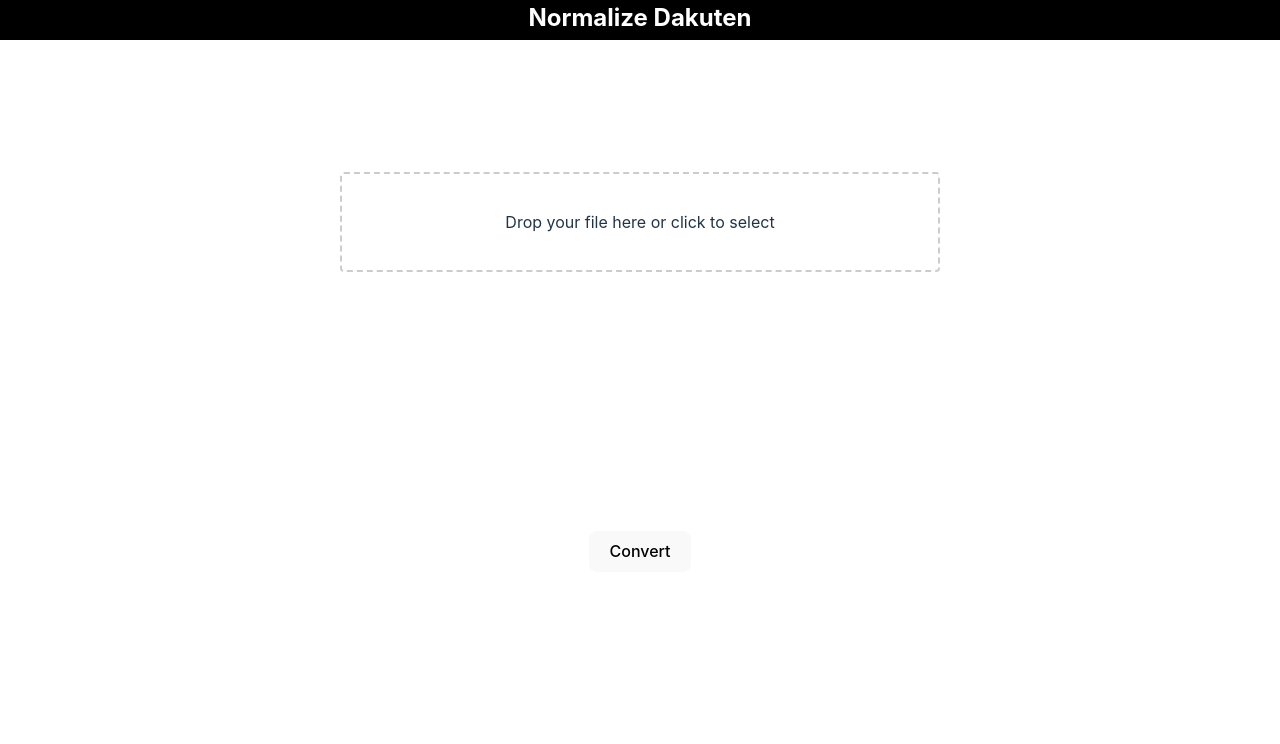
Repository: CatHandsService/normalize_dakuten
Page: / (app in front/)
An editor plug-in stored every save of this project. The page is shown before and after the next save, followed by the edit.
The browser window is 1280 px wide. The pictures show the whole page.
The project was rebuilt for these pictures with package versions that can differ from the ones it lists, and the page was loaded fresh each time. Also part of the build but not shown: front/vite.config.ts.

Above is the page before, as saved 2024-01-27 16:14:44.

### front/src/App.tsx
import './App.css'
import { Header } from "./components/Header"
import { ImportFile } from "./components/ImportFile"
import { Convert } from "./components/Convert"

function App() {

  return (
    <div className="main">
      <Header />
      <div className="container">
        <ImportFile />
        <Convert />
      </div>
    </div>
  )
}

export default App

### front/src/App.css
#root {
  max-width: 1280px;
  margin: 0 auto;
  padding: 2rem;
  text-align: center;
}

.main {
  background-color: #ddd;
}

.header {
  width: 100%;
  height: 40px;
  background-color: #000;
  color: #fff;
  font-size: 24px;
  font-weight: bold;
  text-align: center;
  position: fixed;
  left: 0;
  top: 0;
}
.container {
  width: 600px;
  height: 400px;
  margin: 60px auto;
  padding: 80px 40px;
  background-color: #fff;
  display: flex;
  flex-direction: column;
  justify-content: space-between;
}

.hr {
  width: 100%;
  border: 1px solid #ddd;
  border-color: #ddd;
}

### front/src/components/Header.tsx
import '../App.css'

export const Header = () => {
  return (
    <div className="header">
      Normalize Dakuten
    </div>
  )
}

### front/src/components/ImportFile.tsx
import React, { useCallback, useState } from 'react';
import { useDropzone } from 'react-dropzone';

export const ImportFile = () => {
  const [selectedFile, setSelectedFile] = useState<File | null>(null);
  const [fileName, setFileName] = useState<string>('');

  const onDrop = useCallback((acceptedFiles: File[]) => {
    // ファイルが選択された時の処理
    const file = acceptedFiles[0];
    setSelectedFile(file);
    setFileName(file.name);

    // エクセルで取り扱えるファイルかどうかのバリデーションを実行
    if (validateFile(file)) {
      // バリデーションが通れば、ここで必要な処理を実行
      console.log('ファイルはエクセルで取り扱えるファイルです。');
    } else {
      // バリデーションが通らない場合はエラーメッセージを表示などの処理を実行
      console.error('エクセルで取り扱えないファイルです。');
      setSelectedFile(null);
      setFileName('');
    }
  }, []);

  const validateFile = (file: File): boolean => {
    // エクセルで取り扱えるかのバリデーションロジックをここに実装
    // 例として、拡張子がxlsxの場合にtrueを返すものとします
    return file.name.toLowerCase().endsWith('.xlsx');
  };

  const { getRootProps, getInputProps } = useDropzone({
    onDrop,
    multiple: false, // 一度に複数のファイルを選択できないようにする
    accept: '.xlsx', // 受け入れるファイルの種類を指定
  });

  return (
    <div>
      <div {...getRootProps()} style={dropzoneStyles}>
        <input {...getInputProps()} />
        <p>Drop your file here or click to select</p>
      </div>
      {selectedFile && (
        <div>
          <p>selected file : {fileName}</p>
        </div>
      )}
    </div>
  );
};

const dropzoneStyles: React.CSSProperties = {
  border: '2px dashed #cccccc',
  borderRadius: '4px',
  padding: '20px',
  textAlign: 'center',
  cursor: 'pointer',
};

### front/src/components/Convert.tsx
import '../App.css'

export const Convert = () => {
  return (
    <div>
      <button className="convert">Convert</button>
    </div>
  )
}

Loaded but not shown: front/index.html (common file); front/src/main.tsx (common file); front/src/index.css (common file)

After the next save:
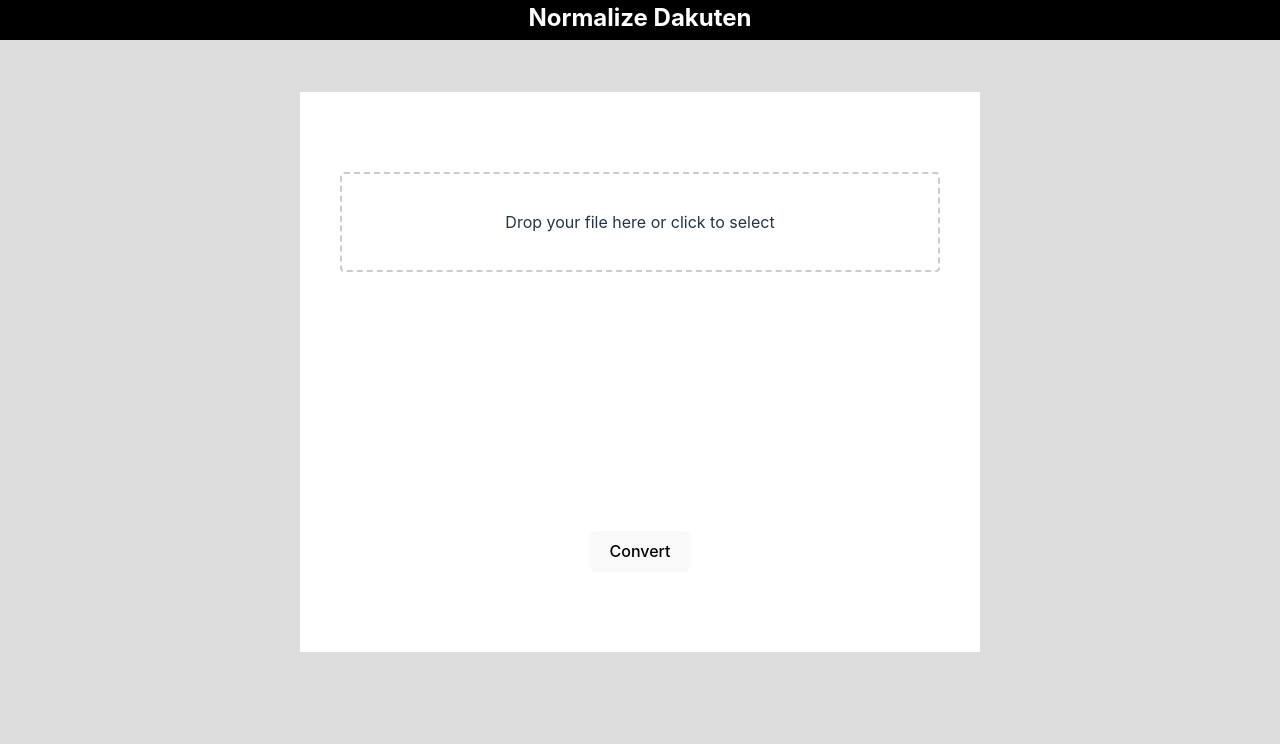
Saved 45 s later.
--- a/front/src/App.css
+++ b/front/src/App.css
@@ -5,7 +5,7 @@
   text-align: center;
 }
 
-.main {
+body {
   background-color: #ddd;
 }
 
